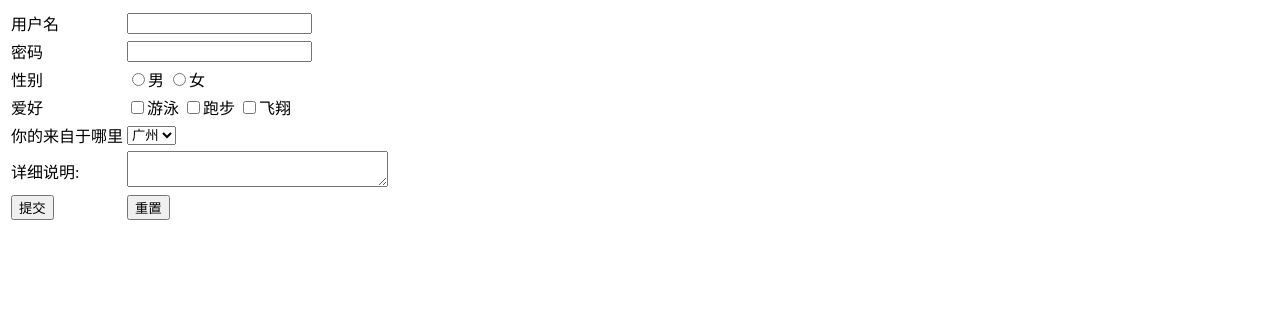
Repository: MoMentDaDa/JavaProject
Page: Servlet/02/WebContent/Views/register.html
An editor plug-in stored every save of this project. The page is shown before and after a run of saves, followed by the edit.
The browser window is 1280 px wide. The pictures show the whole page.

Above is the page before, as saved 2020-03-02 08:47:06.

After the next 2 saves:
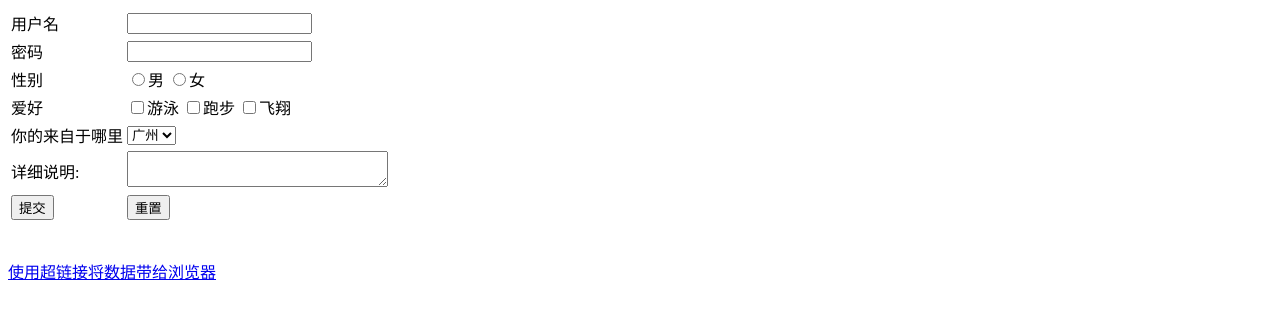
The 2 saves are shown as one change because they came seconds apart.
The last was saved 2 min 2 s later.
--- a/Servlet/02/WebContent/Views/register.html
+++ b/Servlet/02/WebContent/Views/register.html
@@ -45,5 +45,10 @@
 			</tr>
 		</table>
 	</form>
+	<br>
+	<br>
+ 	<a href="/zhongfucheng/Servlet111?username=xxx">使用超链接将数据带给浏览器</a>
+
+
 </body>
 </html>
